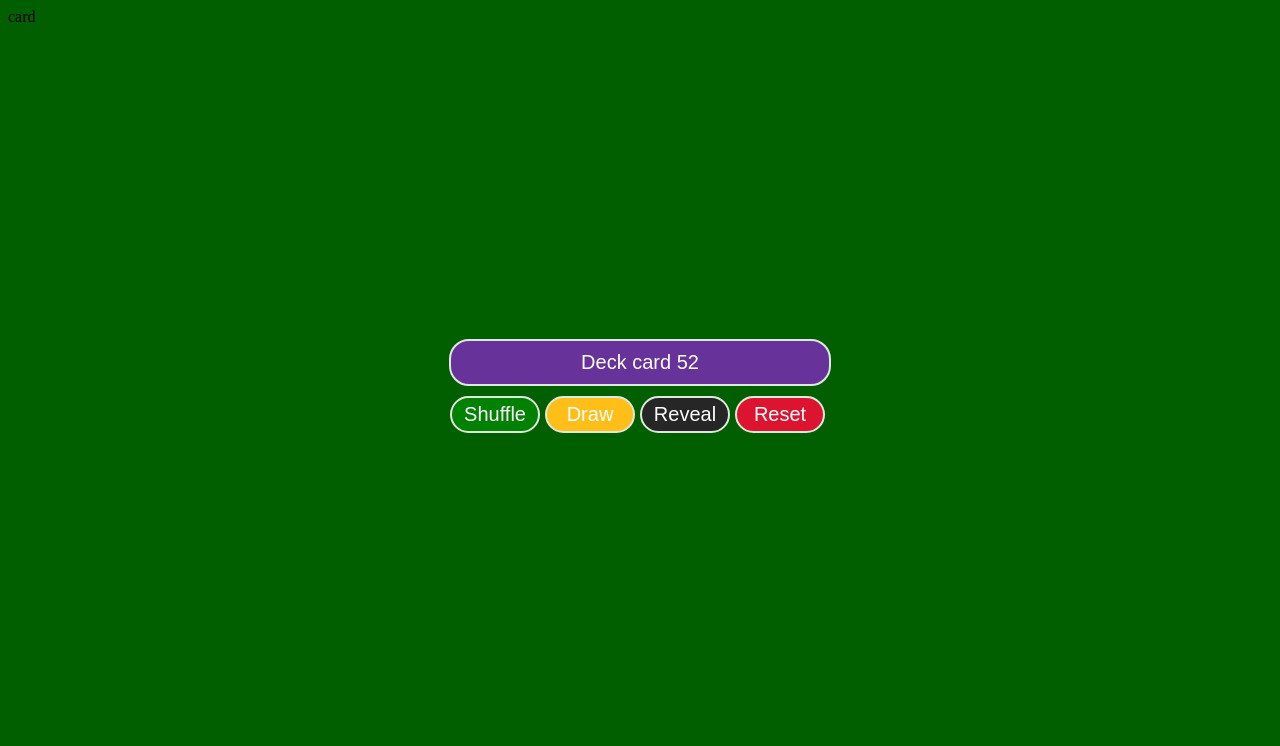
Repository: tiendungjr123/app-baicao
Page: /
An editor plug-in stored every save of this project. The page is shown before and after the next save, followed by the edit.
The browser window is 1280 px wide. The pictures show the whole page.
The project was rebuilt for these pictures with package versions that can differ from the ones it lists, and the page was loaded fresh each time. Also part of the build but not shown: src/index.css.

Above is the page before, as saved 2022-10-10 23:41:22.

After the next save:
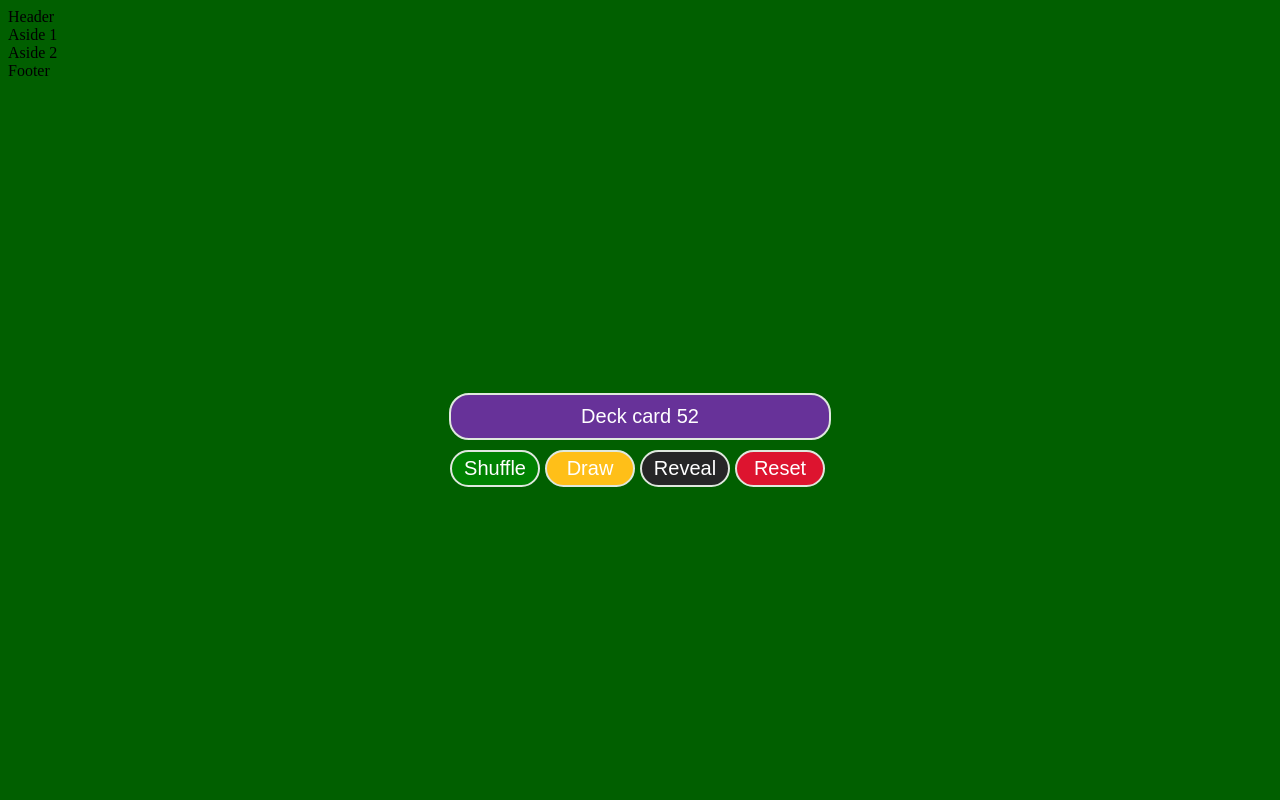
Saved 1 s later.
--- a/src/Components/card.jsx
+++ b/src/Components/card.jsx
@@ -2,9 +2,12 @@ import React from 'react';
 
 const Card = () => {
    return (
-      <div>
-         card
-      </div>
+      <>
+         <header class="header">Header</header>
+         <aside class="aside aside-1">Aside 1</aside>
+         <aside class="aside aside-2">Aside 2</aside>
+         <footer class="footer">Footer</footer>
+      </>
    );
 }
 
